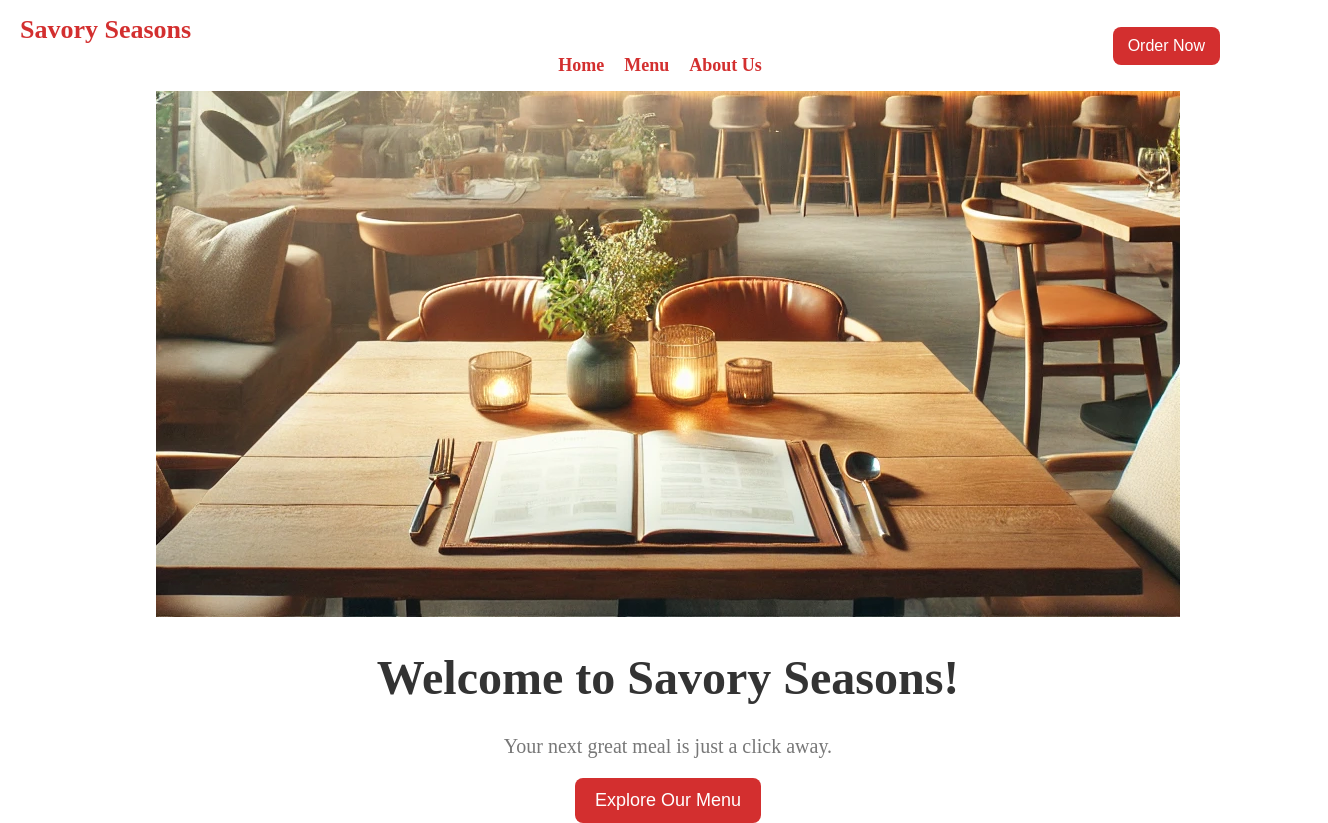
Repository: KalebMalone/Resturant
Page: / (app in my-app/)
An editor plug-in stored every save of this project. The page is shown before and after a run of saves, followed by the edit.
The browser window is 1280 px wide. The page is 1328 px wide, so the pictures cover 1328 px, including what lies to the right of the window. The pictures show the whole page.
The project was rebuilt for these pictures with package versions that can differ from the ones it lists, and the page was loaded fresh each time. Also part of the build but not shown: my-app/vite.config.js, my-app/src/index.css, my-app/src/components/Menu.jsx, my-app/src/pages/AboutUs.jsx, my-app/src/components/OrderPage.jsx.

Above is the page before, as saved 2025-03-16 17:51:05.

### my-app/src/App.jsx
// src/App.js
import React from 'react';
import { BrowserRouter as Router, Routes, Route } from 'react-router-dom';
import NavBar from './components/NavBar';
import Home from './pages/Home';
import Menu from './components/Menu';
import AboutUs from './pages/AboutUs';
import OrderPage from './components/OrderPage';

function App() {
  return (
    <Router>
      <NavBar />
      <Routes>
        <Route path="/" element={<Home />} />
        <Route path="/menu" element={<Menu />} />
        <Route path="/about" element={<AboutUs />} />
        <Route path="/order" element={<OrderPage />} />
      </Routes>
    </Router>
  );
}

export default App;

### my-app/src/components/NavBar.jsx
import { Link, useNavigate } from "react-router-dom";
import styled from "styled-components";

// Styling for the Header (Navbar container)
const Header = styled.header`
  position: fixed;
  top: 0;
  left: 0;
  width: 100%;
  background-color: rgb(255, 255, 255);
  padding: 15px 20px;
  box-shadow: 0 4px 6pxrgb(0, 0, 0);
  z-index: 1000;
`;

// Title of the Navbar, clickable to navigate to Home
const Title = styled.h1`
  font-size: 26px;
  font-weight: bold;
  color: #d32f2f;
  margin: 0;
  padding: 0;
  cursor: pointer;
  &:hover {
    color: #b71c1c;
  }
`;

// Navigation container for the links
const Navigation = styled.nav`
  display: flex;
  gap: 20px;
  justify-content: center;
  margin-top: 10px;
`;

// Styling for individual navigation links
const StyledNavLink = styled(Link)`
  text-decoration: none;
  color: #d32f2f;
  font-weight: bold;
  font-size: 18px;
  &:hover {
    color: #b71c1c;
  }
`;

// Styling for the Order Now button
const OrderButton = styled.button`
  background: #d32f2f;
  color: white;
  border: none;
  padding: 10px 15px;
  border-radius: 8px;
  cursor: pointer;
  font-size: 16px;
  position: absolute;
  right: 100px;
  top: 50%;
  transform: translateY(-50%);
  &:hover {
    background: #b71c1c;
  }
`;

function NavBar() {
    const navigate = useNavigate();  // Hook to programmatically navigate

    const handleOrderNow = () => {
        navigate("/order");  // Navigates to the OrderPage
    };

    return (
        <Header>
            <Link to="/" style={{ textDecoration: 'none' }}>
                <Title>Savory Seasons</Title>
            </Link>
            <Navigation>
                <StyledNavLink to="/">Home</StyledNavLink>
                <StyledNavLink to="/menu">Menu</StyledNavLink>
                <StyledNavLink to="/about">About Us</StyledNavLink>
            </Navigation>

            {/* Order Now Button */}
            <OrderButton onClick={handleOrderNow}>Order Now</OrderButton>
        </Header>
    );
}

export default NavBar;

### my-app/src/pages/Home.jsx
import React from 'react';
import { useNavigate } from 'react-router-dom';
import styled from 'styled-components';

const Container = styled.div`
  background-color: #fff;
  display: flex;
  flex-direction: column;
  align-items: center;
  justify-content: center;
  height: 50vh;
  width: 100vw;
  text-align: center;
  padding: 20px;
  margin: 0;
`;

const Heading = styled.h1`
  font-size: 48px;
  color: #333;
  margin-bottom: 10px;
`;

const SubHeading = styled.p`
  font-size: 20px;
  color: #777;
  margin-bottom: 20px;
`;

const Button = styled.button`
  background-color: #d32f2f;
  color: white;
  font-size: 18px;
  padding: 12px 20px;
  border: none;
  border-radius: 8px;
  cursor: pointer;
  &:hover {
    background-color: #b71c1c;
  }
`;

const Image = styled.img`
  width: 100%;
  max-width: 500px;
  border-radius: 10px;
  margin-bottom: 20px;
`;

function Home() {
    const navigate = useNavigate(); // Initialize the navigation hook

    const goToMenu = () => {
        navigate("/menu"); // Navigate to the menu page when button is clicked
    };

    return (
        <Container>
            <img alt="Restaurant" src="/images/restaurant.jpg" />
            <Heading>Welcome to Savory Seasons!</Heading>
            <SubHeading>Your next great meal is just a click away.</SubHeading>
            <Button onClick={goToMenu}>Explore Our Menu</Button>
        </Container>
    );
}

export default Home;

Loaded but not shown: my-app/index.html (common file); my-app/src/main.jsx (common file)

After the next 7 saves:
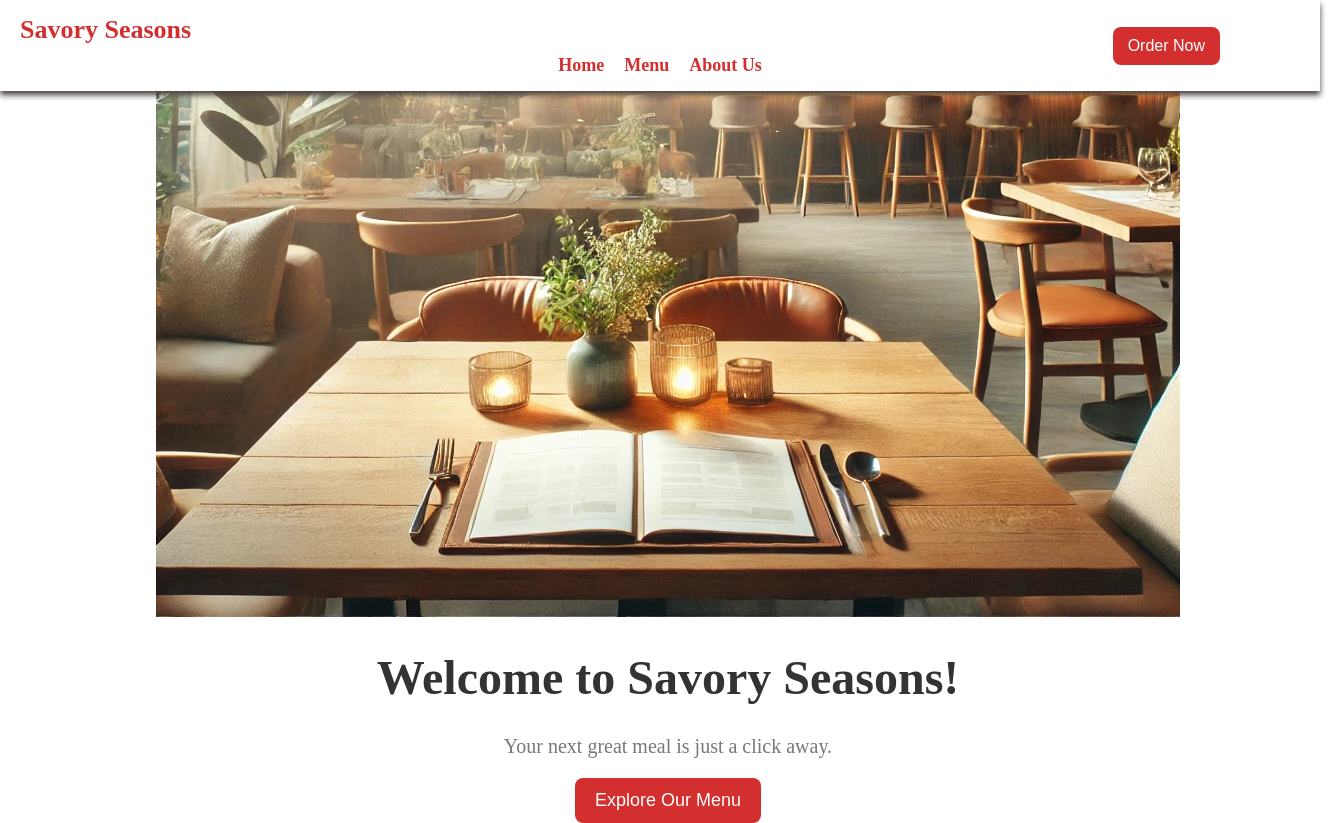
The 7 saves are shown as one change because they came seconds apart.
The last was saved 17 s later.
--- a/my-app/src/components/NavBar.jsx
+++ b/my-app/src/components/NavBar.jsx
@@ -9,7 +9,7 @@ const Header = styled.header`
   width: 100%;
   background-color: rgb(255, 255, 255);
   padding: 15px 20px;
-  box-shadow: 0 4px 6pxrgb(0, 0, 0);
+  box-shadow: 0 4px 6px rgb(71, 63, 63);
   z-index: 1000;
 `;
 
